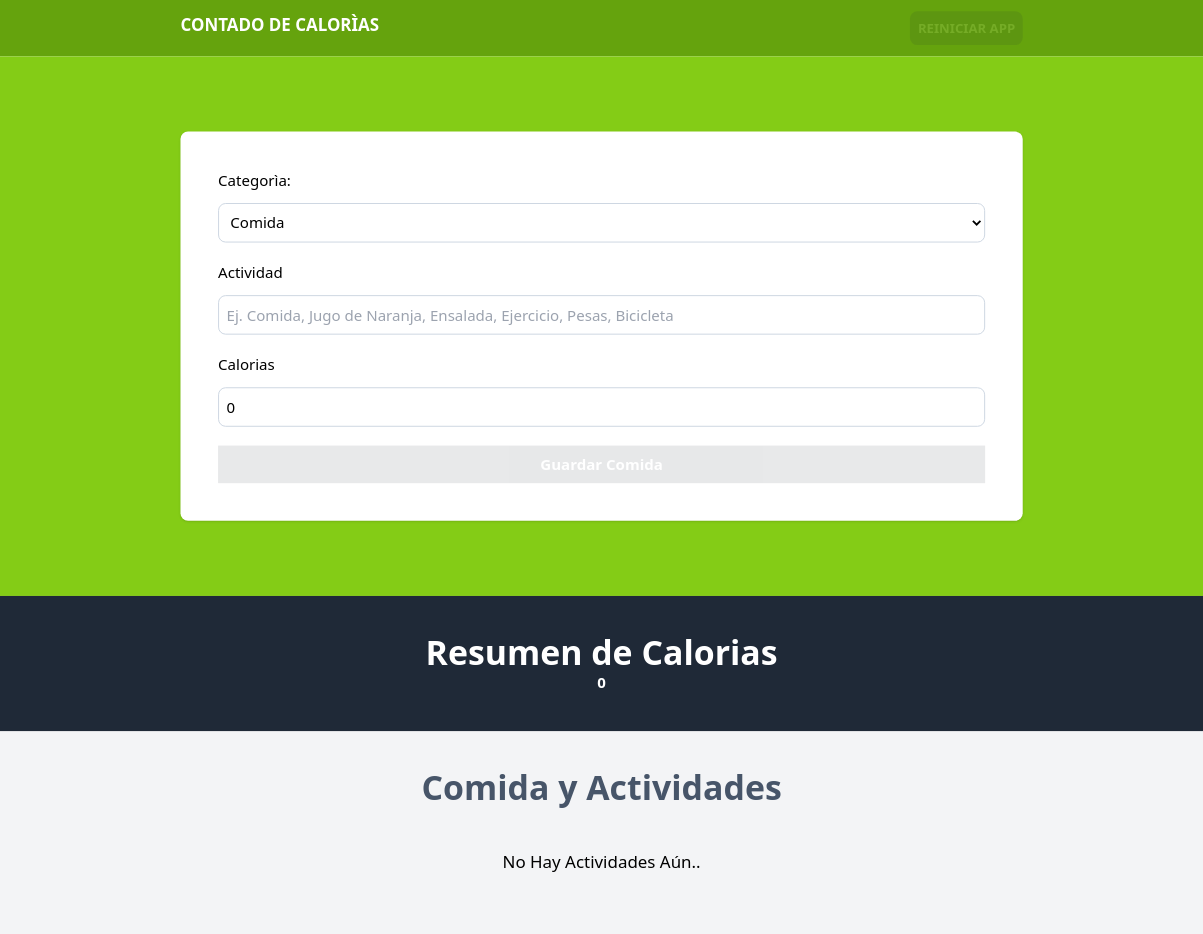
Repository: Matiiu/calorie-tracker
Page: /
These files come from the project's save history. The page is drawn as it stood at one moment and after the next save; the edit follows.
The browser window is 1280 px wide. The pictures show the whole page, at 94% of full size.
The project was rebuilt for these pictures with package versions that can differ from the ones it lists, and the page was loaded fresh each time. Also part of the build but not shown: vite.config.ts.

Above is the page before, as saved 2024-04-01 22:33:55.

### index.html
<!doctype html>
<html lang="en">
  <head>
    <meta charset="UTF-8" />
    <link rel="icon" type="image/svg+xml" href="/vite.svg" />
    <meta name="viewport" content="width=device-width, initial-scale=1.0" />
    <title>Contador de Calorías - React</title>
  </head>
  <body>
    <div id="root"></div>
    <script type="module" src="/src/main.tsx"></script>
  </body>
</html>

### src/App.tsx
import { useEffect, useReducer } from "react";

import Header from "./components/Header";
import Form from "./components/Form";
import ActivityList from "./components/ActivityList";
import CaloriesTracker from "./components/CaloriesTracker";

import { activityReducer, initialState } from "./reducers/activityReducer";
export default function App() {
  const [state, dispatch] = useReducer(activityReducer, initialState);

  useEffect(() => {
    if (state.activities.length > 0) {
      localStorage.setItem("activities", JSON.stringify(state.activities));
    }
  }, [state.activities]);

  return (
    <>
      <Header state={state} dispatch={dispatch} />

      <section className="bg-lime-500 py-20 px-5">
        <div className="max-w-4xl mx-auto">
          <Form state={state} dispatch={dispatch} />
        </div>
      </section>

      <section className="bg-gray-800 p-10">
        <div className="max-w-4xl mx-auto">
          <CaloriesTracker
            activities={state.activities}
          />
        </div>
      </section>

      <section className="py-10 bg-gray-100">
        <div className="max-w-4xl mx-auto">
          <ActivityList activities={state.activities} dispatch={dispatch} />
        </div>
      </section>
    </>
  );
}

### src/components/Header.tsx
import { useMemo, Dispatch } from "react";
import { ActivityState, ActivityActions } from "../reducers/activityReducer";

type HeaderProps = {
  state: ActivityState;
  dispatch: Dispatch<ActivityActions>;
};

export default function Header({ state, dispatch }: HeaderProps) {
  const isEmpty = useMemo(() => !state.activities.length, [state.activities]);

  const handleRestart = () => {
    const confirmCancel = window.confirm(
      "¿Está seguro de que sea eliminar todas las actividades registradas?"
    );

    if (confirmCancel) {
      dispatch({ type: "restart-app" });
      window.location.reload();
    }
  };

  return (
    <header className="bg-lime-600 py-3">
      <div className="max-w-4xl mx-auto flex justify-between">
        <h1 className="text-center text-lg font-bold text-white uppercase">
          Contado de Calorìas
        </h1>

        <button
          className="bg-gray-800 hover:bg-gray-900 p-2 font-bold uppercase text-white cursor-pointer rounded-lg text-sm disabled:opacity-10"
          disabled={isEmpty}
          onClick={handleRestart}
        >
          Reiniciar App
        </button>
      </div>
    </header>
  );
}

### src/components/Form.tsx
import { useState, ChangeEvent, FormEvent, Dispatch, useEffect } from "react";
import { v4 as uuid } from "uuid";

import { categories } from "../data/categories";
import type { Activity, Category } from "../types";
import { ActivityActions, ActivityState } from "../reducers/activityReducer";

type FormProps = {
  state: ActivityState;
  dispatch: Dispatch<ActivityActions>;
};

export default function Form({ state, dispatch }: FormProps) {
  const initialState: Activity = {
    id: uuid(),
    category: 1,
    activityName: "",
    calories: 0,
  };

  // Convertimos las calorías en un objeto donde el id en la llave y el nombre el valor
  const categoriesObject = categories.reduce(
    (accumulator: Record<Category["id"], Category["name"]>, current) => {
      accumulator[current.id] = current.name;
      return accumulator;
    },
    {}
  );

  const [activity, setActivity] = useState<Activity>({ ...initialState });

  useEffect(() => {
    if (state.activeId) {
      const selectActivities: Activity = state.activities.filter(
        stateActivity => stateActivity.id === state.activeId
      )[0];
      setActivity(selectActivities);
    }
  }, [state.activeId]);

  const handleChange = (
    e: ChangeEvent<HTMLInputElement | HTMLSelectElement>
  ) => {
    // Validamos si es un campo numérico
    const isNumberFiled = ["category", "calories"].includes(e.target.id);
    // Si lo es convertimos el dato a numérico
    setActivity({
      ...activity,
      [e.target.id]: isNumberFiled ? +e.target.value : e.target.value,
    });
  };

  const isValidateActivity = () => {
    const { activityName, calories } = activity;
    // Validamos que el campo actividad y calorías estén diligenciados
    return !!(activityName || "").trim() && calories > 0;
  };

  const nameSubmit = () => {
    // Accedemos a la posición llave de nuestro objeto categoriesObject con el valor de activity.category y retornamos el valor
    return `Guardar ${categoriesObject[activity.category]}`;
  };

  const handleSubmit = (e: FormEvent<HTMLFormElement>) => {
    e.preventDefault();
    dispatch({
      type: "save-activity",
      payload: { newActivity: activity },
    });
    // Limpiar el formulario una vez enviado
    setActivity({ ...initialState });
  };

  return (
    <form
      onSubmit={handleSubmit}
      className="space-y-5 bg-white shadow p-10 rounded-lg"
    >
      <div className="grid grid-cols-1 gap-3">
        <label htmlFor="category">Categorìa:</label>
        <select
          name="category"
          id="category"
          className="border border-slate-300 p-2 rounded-lg w-full bg-white"
          value={activity.category}
          onChange={handleChange}
        >
          {categories.map((category) => (
            <option key={category.id} value={category.id}>
              {category.name}
            </option>
          ))}
        </select>
      </div>

      <div className="grid grid-cols-1 gap-3">
        <label htmlFor="activityName">Actividad</label>
        <input
          id="activityName"
          name="activityName"
          type="text"
          className="border border-slate-300 p-2 rounded-lg"
          placeholder="Ej. Comida, Jugo de Naranja, Ensalada, Ejercicio, Pesas, Bicicleta"
          value={activity.activityName}
          onChange={handleChange}
        />
      </div>

      <div className="grid grid-cols-1 gap-3">
        <label htmlFor="calories">Calorias</label>
        <input
          id="calories"
          name="calories"
          type="number"
          className="border border-slate-300 p-2 rounded-lg"
          placeholder="Ej. 300 o 500"
          min={0}
          value={activity.calories}
          onChange={handleChange}
        />
      </div>

      <input
        type="submit"
        className="bg-gray-800 hover:bg-gray-900 w-full p-2 font-bold text-white cursor-pointer disabled:opacity-10 disabled:cursor-auto"
        value={nameSubmit()}
        disabled={!isValidateActivity()}
      />
    </form>
  );
}

### src/components/ActivityList.tsx
import { Dispatch, useMemo } from "react";

import { PencilSquareIcon, XCircleIcon } from "@heroicons/react/24/outline";

import type { Activity, Category } from "../types";
import { categories } from "../data/categories";
import { ActivityActions } from "../reducers/activityReducer";

type ActivityListprops = {
  activities: Activity[];
  dispatch: Dispatch<ActivityActions>;
};

export default function ActivityList({
  activities,
  dispatch,
}: ActivityListprops) {
  // Convertimos las calorías en un objeto donde el id en la llave y el nombre el valor
  const categoriesObject = categories.reduce(
    (accumulator: Record<Category["id"], Category["name"]>, current) => {
      accumulator[current.id] = current.name;
      return accumulator;
    },
    {}
  );

  const activitiesAreEmpty = useMemo(() => !activities.length, [activities]);

  const categoryName = (id: Category["id"]) => {
    // Accedemos a la posición llave de nuestro objeto categoriesObject con el valor de activity.category y retornamos el valor
    return categoriesObject[id];
  };

  const handleRemove = (id: Activity["id"]) => {
    const cancelConfirmation = window.confirm(
      "¿Estás seguro de que deseas eliminar la actividad?"
    );

    if (cancelConfirmation) {
      dispatch({ type: "delete-activity", payload: { id } });
    }
  };

  return (
    <>
      <h2 className="text-4xl font-bold text-slate-600 text-center">
        Comida y Actividades
      </h2>

      {activitiesAreEmpty ? (
        <p className="text-center py-6 mt-5 text-lg">
          No Hay Actividades Aún..
        </p>
      ) : (
        activities.map((activity) => (
          <div
            key={activity.id}
            className="px-5 py-10 bg-white mt-5 flex justify-between"
          >
            <div className="space-y-2 relative">
              <p
                className={`absolute -top-8 -left-8 px-10 py-2 text-white uppercase font-bold ${
                  activity.category === 1 ? "bg-lime-500" : "bg-orange-500"
                }`}
              >
                {categoryName(activity.category)}
              </p>
              <p className="text-2xl font-bold pt-5">{activity.activityName}</p>
              <p className="font-black text-4xl text-lime-500">
                {" "}
                {activity.calories}
              </p>
            </div>

            <div className="flex gap-5 items-center">
              <button
                onClick={() =>
                  dispatch({
                    type: "set-activeId",
                    payload: { id: activity.id },
                  })
                }
              >
                <PencilSquareIcon className="h-8 w-8 text-gray-800" />
              </button>

              <button onClick={() => handleRemove(activity.id)}>
                <XCircleIcon className="h-8 w-8 text-red-500" />
              </button>
            </div>
          </div>
        ))
      )}
    </>
  );
}

### src/components/CaloriesTracker.tsx
import { useMemo } from "react";
import { Activity } from "../types";

type CaloriesTrackerProps = {
  activities: Activity[];
};

export default function CaloriesTracker({ activities }: CaloriesTrackerProps) {
  // Contadores
  const caloriesCosumed = useMemo(
    () =>
      activities.reduce(
        (total, curr) => (curr.category === 1 ? total + curr.calories : total),
        0
      ),
    [activities]
  );

  const caloriesBurned = useMemo(
    () =>
      activities.reduce(
        (total, curr) => (curr.category === 2 ? total + curr.calories : total),
        0
      ),
    [activities]
  );
  console.log(caloriesCosumed);
  console.log(caloriesBurned);


  return (
    <>
      <h2 className="text-4xl font-black text-white text-center">
        Resumen de Calorias
      </h2>

      <div className="flex flex-col items-center"></div>
      <p className="text-white font-bold rounded-full grid grid-cols-1 gap-3 text-center">
        {caloriesCosumed}
      </p>
    </>
  );
}

### src/reducers/activityReducer.ts
import type { Activity } from "../types";

export type ActivityActions =
  | { type: "save-activity"; payload: { newActivity: Activity } }
  | { type: "set-activeId"; payload: { id: Activity["id"] } }
  | { type: "delete-activity"; payload: { id: Activity["id"] } }
  | { type: "restart-app" };

export type ActivityState = {
  activities: Activity[];
  activeId: Activity["id"];
};

function localStorageactivities(): Activity[] {
  const activities = localStorage.getItem("activities");
  return activities ? JSON.parse(activities) : [];
}

export const initialState: ActivityState = {
  activities: localStorageactivities(),
  activeId: "",
};

export function activityReducer(
  state: ActivityState = initialState,
  action: ActivityActions
) {
  if (action.type === "save-activity") {
    let updateActivities: Activity[] = [];
    if (state.activeId) {
      updateActivities = state.activities.map((activity) =>
        activity.id === state.activeId ? action.payload.newActivity : activity
      );
    } else {
      updateActivities = [...state.activities, action.payload.newActivity];
    }
    return {
      ...state,
      activities: updateActivities,
      activeId: "",
    };
  }

  if (action.type === "set-activeId") {
    return {
      ...state,
      activeId: action.payload.id,
    };
  }

  if (action.type === "delete-activity") {
    return {
      ...state,
      activities: state.activities.filter(
        (activity) => activity.id !== action.payload.id
      ),
    };
  }

  if (action.type === "restart-app") {
    // Removemos la llave de nuestro stroage
    localStorage.removeItem("activities");
    // Limpiamos todos los valores
    return {
      activities: [],
      activeId: "",
    };
  }

  return state;
}

### src/data/categories.ts
import { Category } from "../types";

export const categories: Category[] = [
  { id: 1, name: "Comida" },
  { id: 2, name: "Ejercicio" },
];

Loaded but not shown: src/main.tsx (common file); src/index.css (common file); tailwind.config.js (common file)

After the next save:
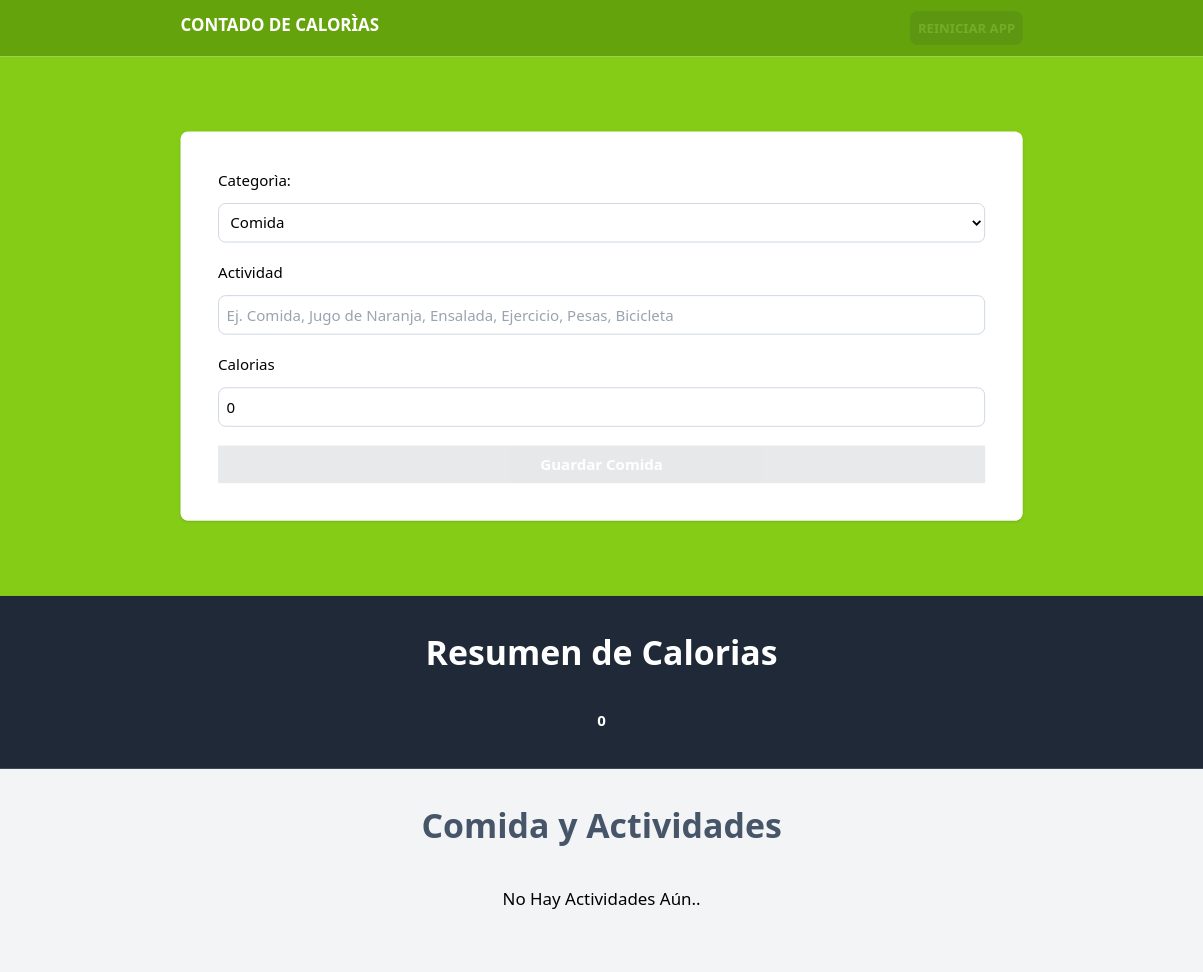
Saved 40 s later.
--- a/src/components/CaloriesTracker.tsx
+++ b/src/components/CaloriesTracker.tsx
@@ -34,7 +34,7 @@ export default function CaloriesTracker({ activities }: CaloriesTrackerProps) {
         Resumen de Calorias
       </h2>
 
-      <div className="flex flex-col items-center"></div>
+      <div className="flex flex-col items-center md:flex-row md:justify-between gap-5 mt-10"></div>
       <p className="text-white font-bold rounded-full grid grid-cols-1 gap-3 text-center">
         {caloriesCosumed}
       </p>
